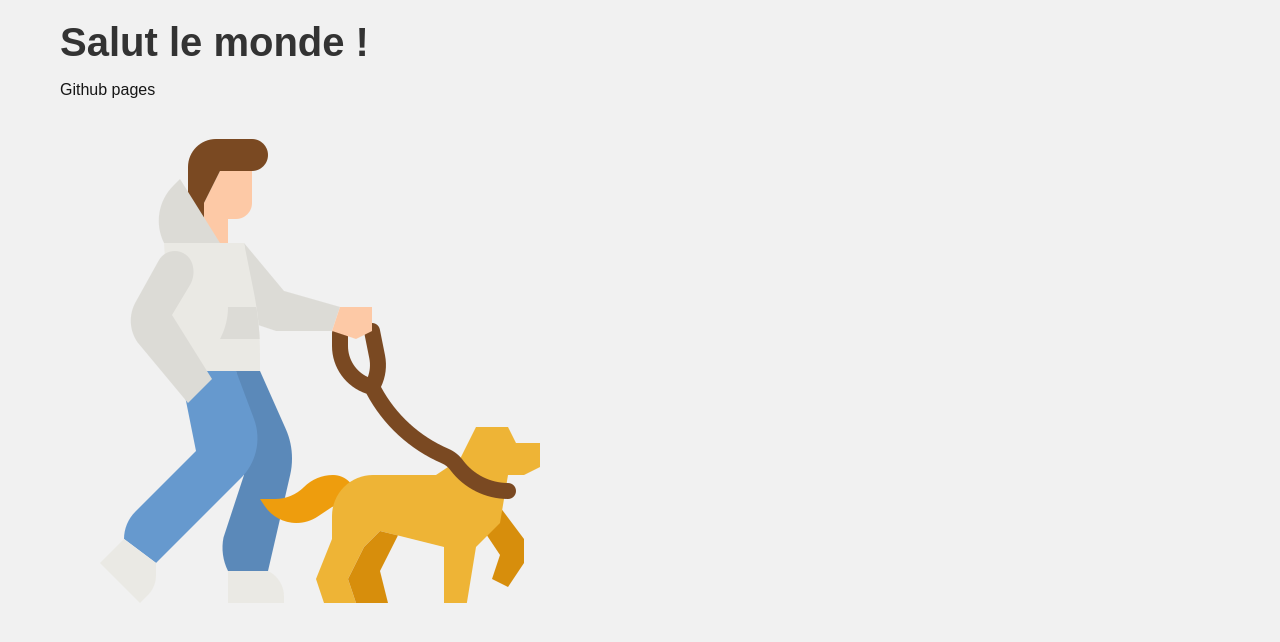
Repository: CarmenFerlatte/demoGithubPages
Page: index.html
An editor plug-in stored every save of this project. The page is shown before and after the next save, followed by the edit.
The browser window is 1280 px wide. The pictures show the whole page.

Above is the page before, as saved 2024-08-09 16:50:20.

After the next save:
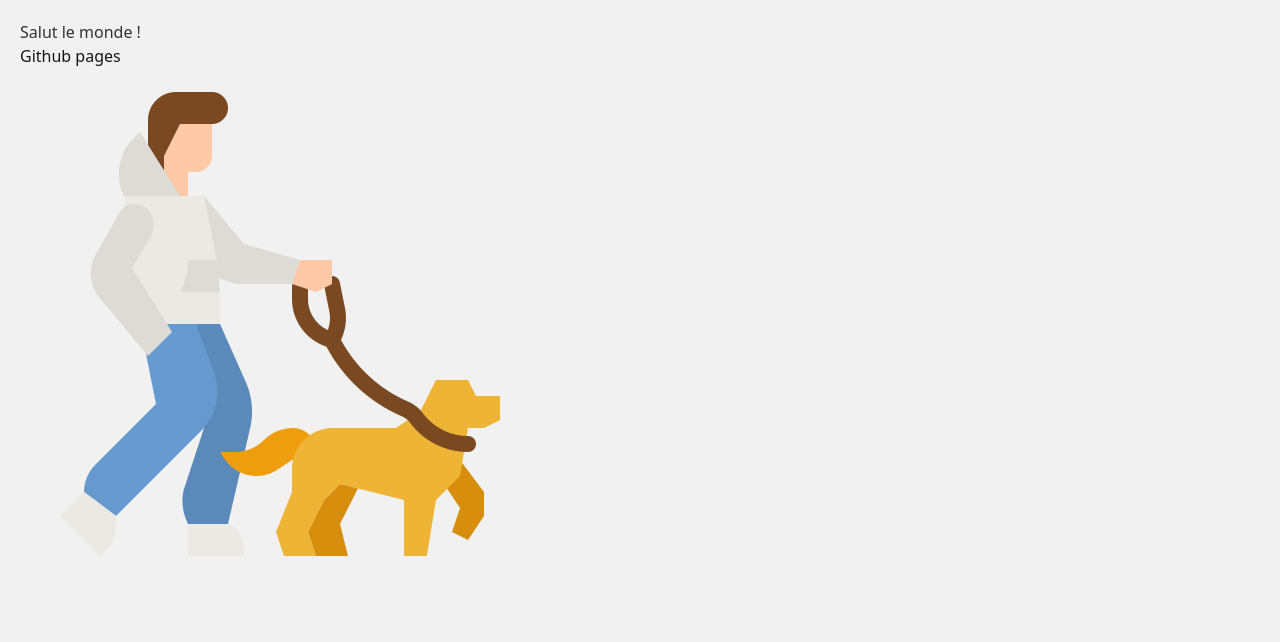
Saved 76 s later.
--- a/index.html
+++ b/index.html
@@ -9,6 +9,7 @@
     <link rel="icon" href="images/icons/blob.svg" type="image/x-icon" />
     <link rel="manifest" href="manifest.json" />
     <link rel="apple-touch-icon" href="images/icons/apple-touch-icon.png" />
+    <link href="https://cdn.jsdelivr.net/npm/tailwindcss@2.2.19/dist/tailwind.min.css" rel="stylesheet">
 
     <script>
       if ("serviceWorker" in navigator) {
